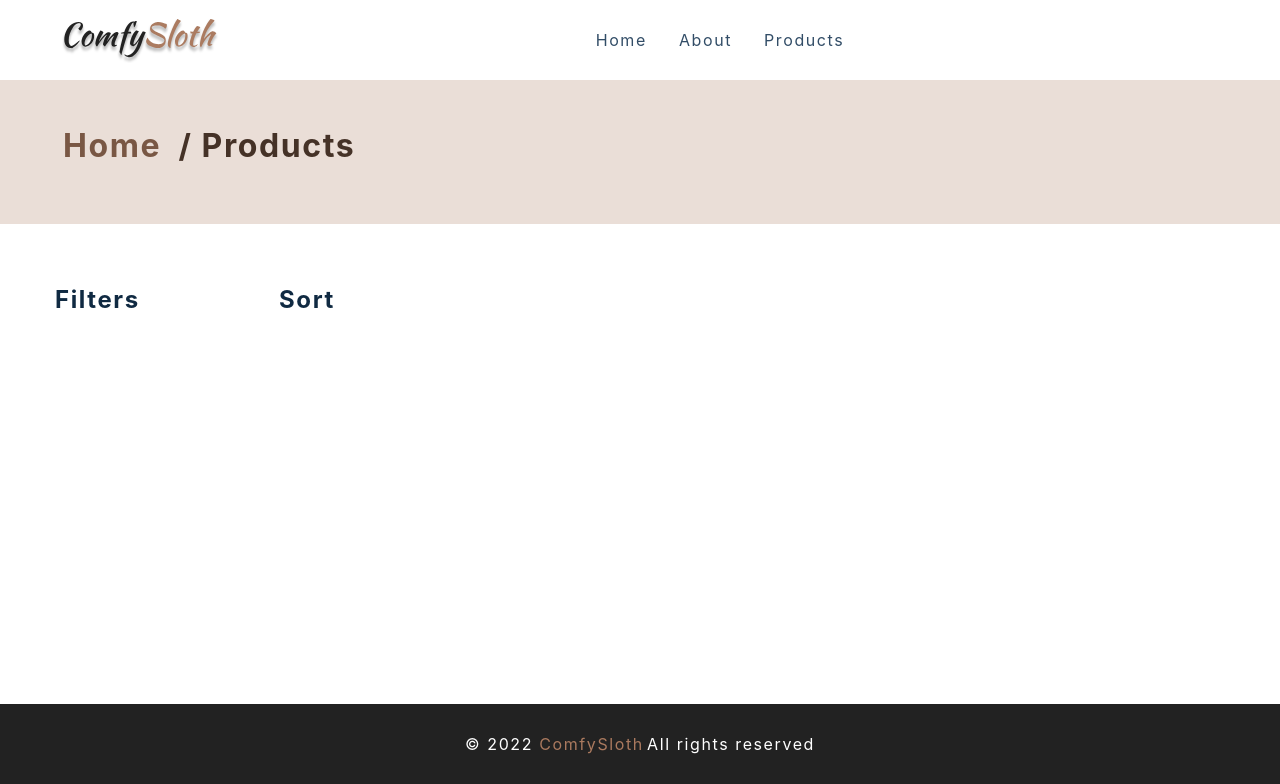
Repository: MateuszWorek/react-comfy-store
Page: /products
The author's editor kept a copy of each file at every save. The page is drawn from the files as they stood at one save, then again after a run of saves.
The browser window is 1280 px wide. The pictures show the whole page.
The page's requests for data from a server got no answer. The project was rebuilt for these pictures with package versions that can differ from the ones it lists, and the page was loaded fresh each time. A package was used in the major version that the imports need, not the one package.json lists. No one was signed in, and anything a server would have sent is missing. Also part of the build but not shown: src/components/Error.js, src/components/Loading.js, src/components/Product.js, src/components/FeaturedProducts.js, src/reducers/cart_reducer.js, src/context/cart_context.js, src/context/user_context.js, src/components/Hero.js and 18 more. Imported but missing from the stored project, and not drawn on this page: src/components/AmountButtons.

Above is the page before, as saved 2022-07-17 08:15:13.

After the next 4 saves:
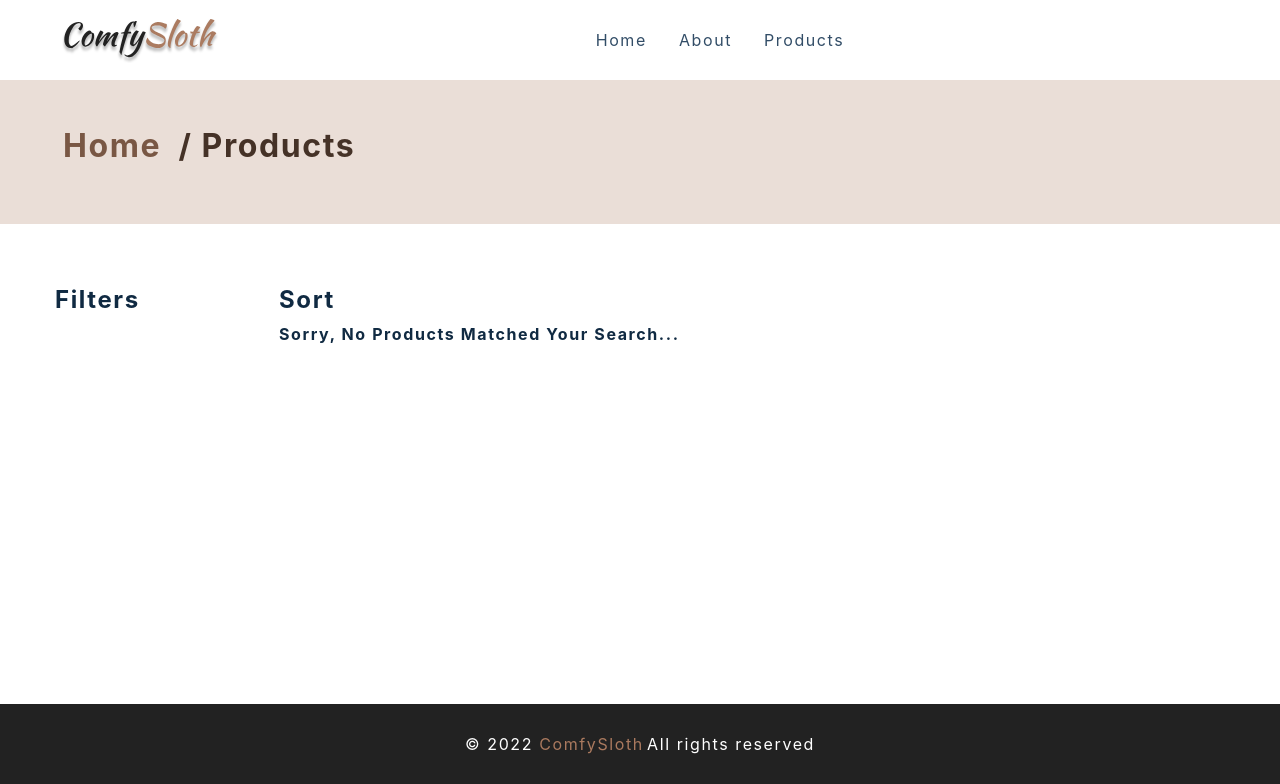
The 4 saves are shown as one change because 2 did not build or start and some came seconds apart.
The last was saved 15 s later.
--- a/src/components/ProductList.js
+++ b/src/components/ProductList.js
@@ -4,7 +4,14 @@ import GridView from './GridView';
 import ListView from './ListView';
 
 const ProductList = () => {
-  const { filtered_products: products } = useFilterContext();
+  const { filtered_products: products, grid_view } = useFilterContext();
+  if (products.length < 1) {
+    return (
+      <h5 style={{ texTransform: 'none' }}>
+        Sorry, no products matched your search...
+      </h5>
+    );
+  }
 
   return <GridView products={products}>product list</GridView>;
 };
